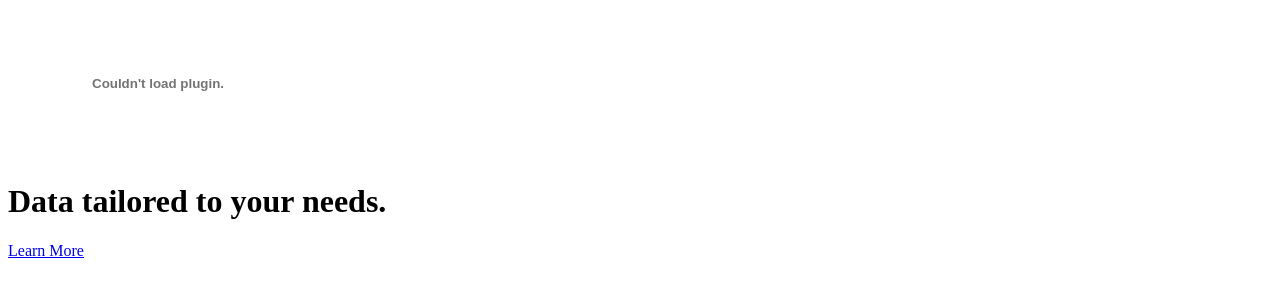
Repository: Arkitecth/landing_page
Page: starter-code/index.html
The author's editor kept a copy of each file at every save. The page is drawn from the files as they stood at one save, then again after the next save.
The browser window is 1280 px wide. The pictures show the whole page.

Above is the page before, as saved 2023-05-20 21:56:24.

### starter-code/index.html
<!DOCTYPE html>
<html lang="en">
<head>
  <meta charset="UTF-8">
  <meta http-equiv="X-UA-Compatible" content="IE=edge">
  <meta name="viewport" content="width=device-width, initial-scale=1.0">
  <title>Work-it | Landing Page</title>
</head>
<body>
  <header>
    <div class="container">
      <nav>
        <object data="assets/images/logo-light.svg" type="image"></object>
      </nav>
      <h1>Data <span>tailored</span> to your needs.</h1>
      <a class="btn-primary"href="#">Learn More</a>
    </div>
  </header>
</body>
</html>

After the next save:
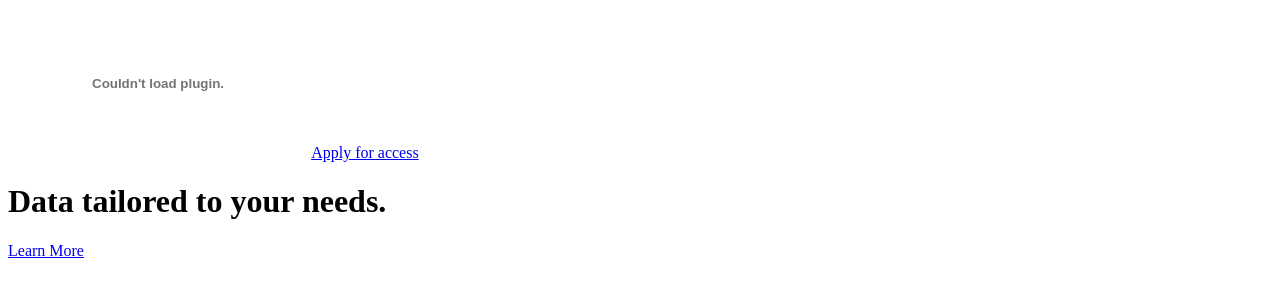
Saved 38 s later.
--- a/starter-code/index.html
+++ b/starter-code/index.html
@@ -11,6 +11,7 @@
     <div class="container">
       <nav>
         <object data="assets/images/logo-light.svg" type="image"></object>
+        <a href="#">Apply for access</a>
       </nav>
       <h1>Data <span>tailored</span> to your needs.</h1>
       <a class="btn-primary"href="#">Learn More</a>
